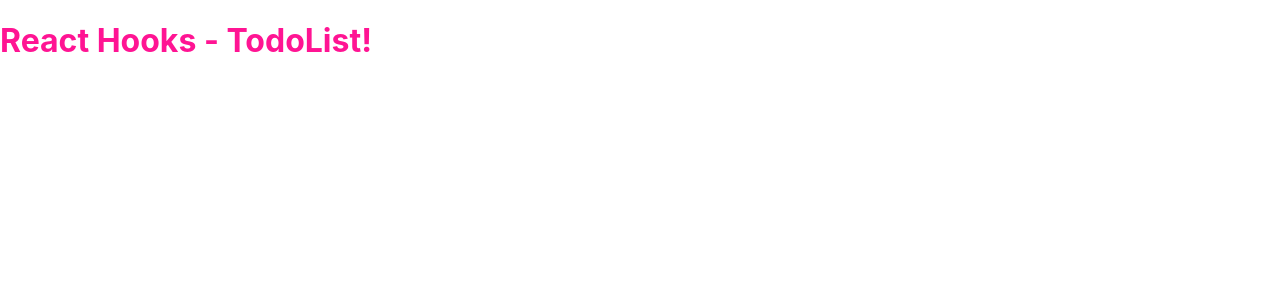
Repository: TranNgocPhuongNhi/react-hooks-basic
Page: /
The author's editor kept a copy of each file at every save. The page is drawn from the files as they stood at one save, then again after a run of saves.
The browser window is 1280 px wide. The pictures show the whole page.
The page's requests for data from a server got no answer. The project was rebuilt for these pictures with package versions that can differ from the ones it lists, and the page was loaded fresh each time. No one was signed in, and anything a server would have sent is missing. Also part of the build but not shown: src/components/TodoList/index.jsx, src/components/TodoForm/index.jsx, src/components/PostList/index.jsx, src/components/Pagination/index.jsx, src/components/PostFilterForm/index.jsx, src/components/Clock/index.jsx.

Above is the page before, as saved 2021-09-06 21:34:33.

After the next 4 saves:
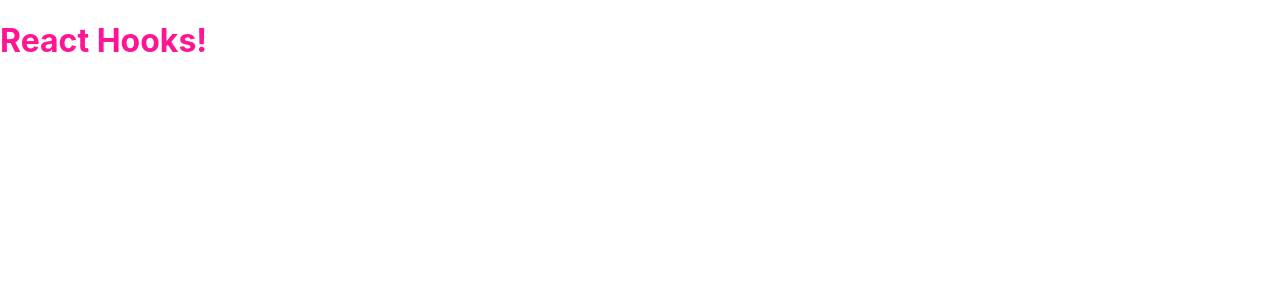
The 4 saves are shown as one change because they came seconds apart.
The last was saved 14 s later.
--- a/src/App.js
+++ b/src/App.js
@@ -86,7 +86,7 @@ function App() {
 
   return (
     <div className="app">
-      <h1>React Hooks - TodoList!</h1>
+      <h1>React Hooks!</h1>
 
       {/* <PostFilterForm onSubmit={handleFiltersChange}/>
       <PostList posts={postList}/>
@@ -94,6 +94,8 @@ function App() {
 
       {/* <TodoForm onSubmit = {handleTodoFormSubmit}/>
       <TodoList todos = {todoList} onTodoClick={handleTodoClick}/> */}
+
+
     </div>
   );
 }
